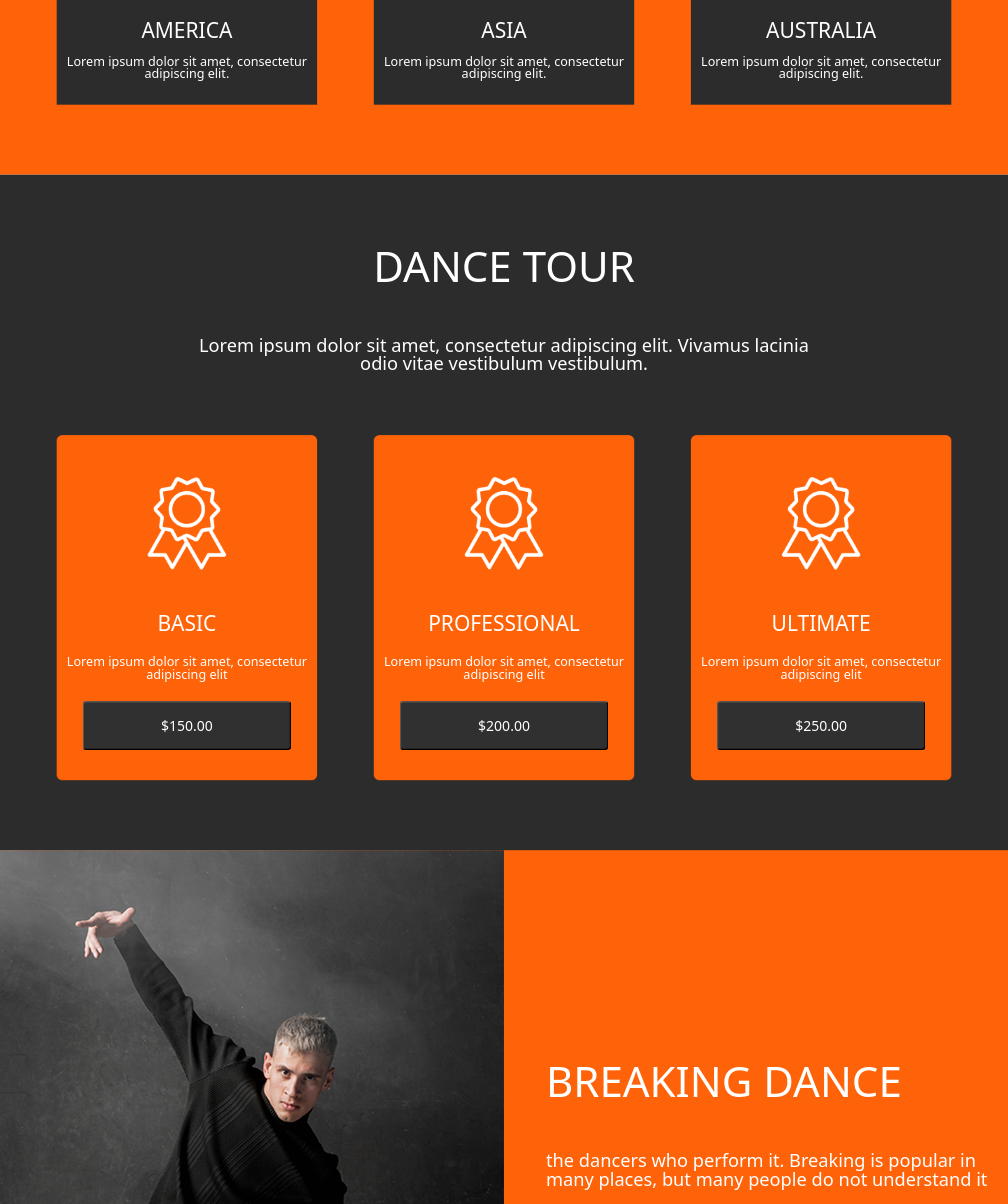
Repository: KinD2704/Web-University
Page: Bai30/index.html
The author's editor kept a copy of each file at every save. The page is drawn from the files as they stood at one save, then again after the next save.
The browser window is 1280 px wide. The page is 1440 px wide, so the pictures cover 1440 px, including what lies to the right of the window. The pictures show the part of the page from y = 1511 to 3231 px (the page is 7201 px tall before and 7210 px after), at 70% of full size.

Above is the page before, as saved 2023-12-23 22:40:48.

After the next save:
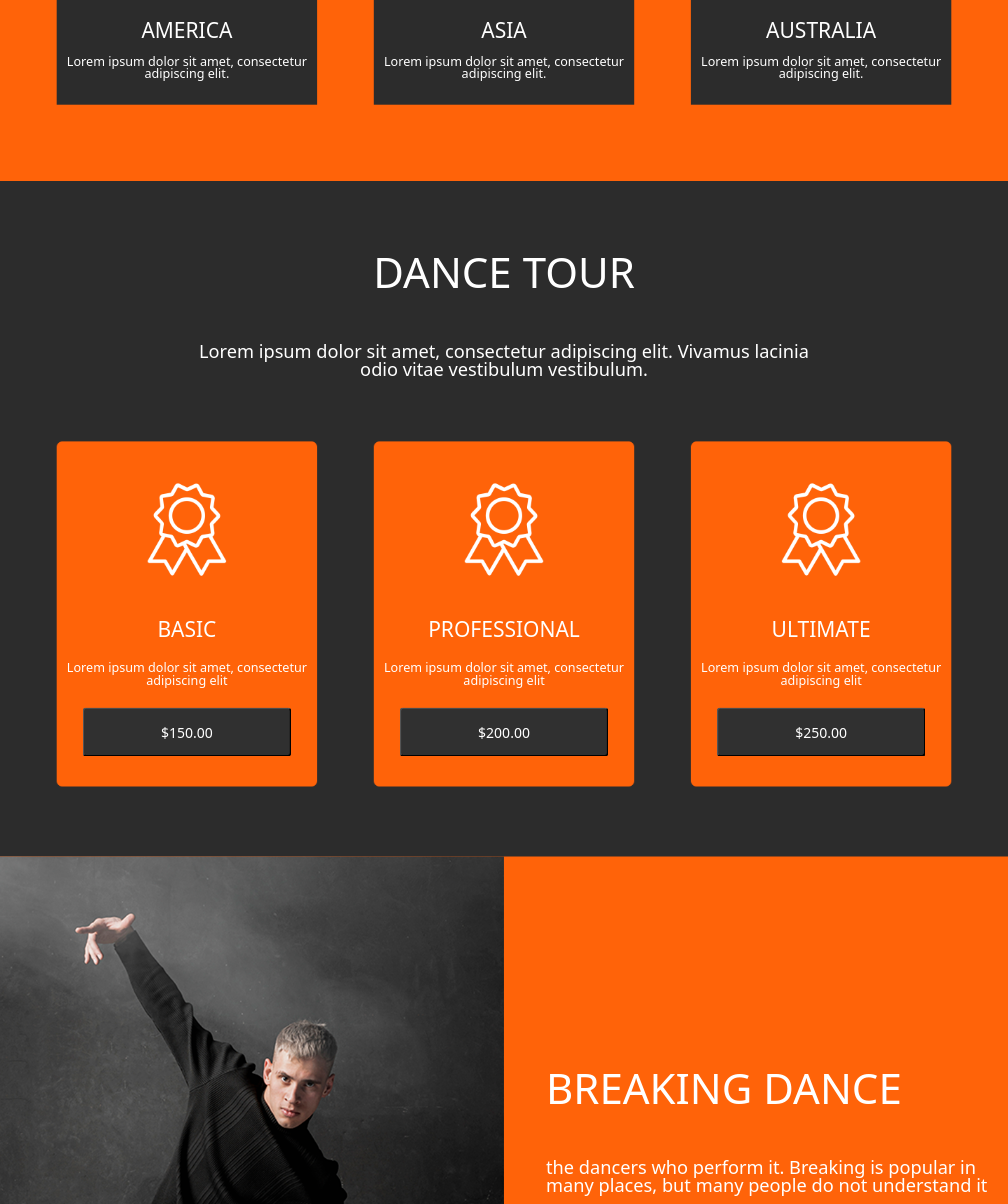
Saved 12 min 3 s later.
--- a/Bai30/css/styles.css
+++ b/Bai30/css/styles.css
@@ -53,7 +53,7 @@ header ul li:hover a {
 /* banner 2 */
 .banner2 {
     background-image: url("../img/banner2.png");
-    /* height: 974px; */
+    height: 974px;
 }
 .banner2__container {
     padding: 100px 0;
